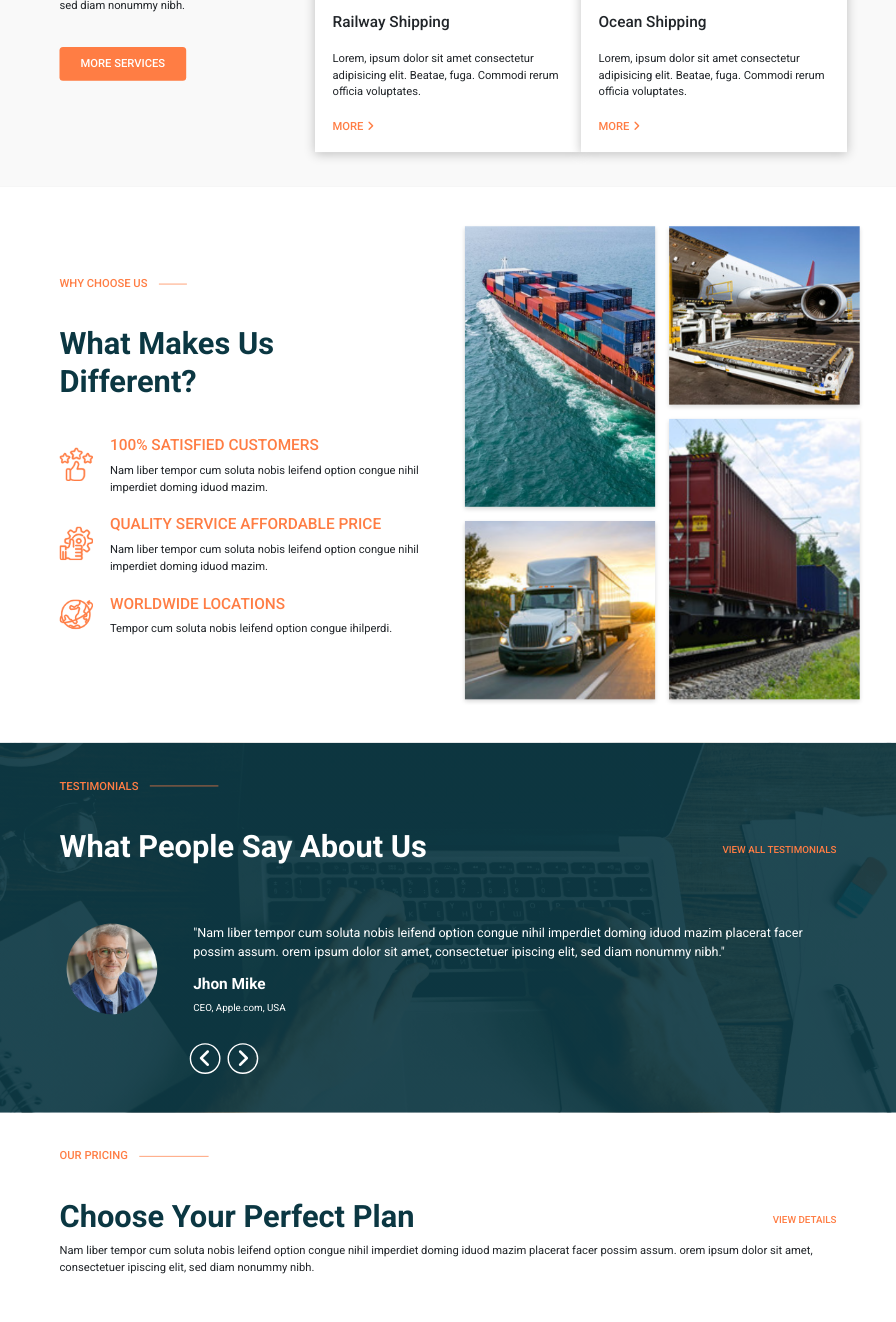
Repository: nazmulalok/shipping-theme
Page: index.html
These files come from the project's save history. The page is drawn as it stood at one moment and after the next save; the edit follows.
The browser window is 1280 px wide. The pictures show the part of the page from y = 2146 to 4066 px (the page is 4034 px tall before and 4066 px after), at 70% of full size.
Some web libraries are served in a nearby version.

Above is the page before, as saved 2022-10-09 14:58:32.

### index.html
<!DOCTYPE html>
<html lang="en">

    <head>
        <meta charset="UTF-8">
        <meta http-equiv="X-UA-Compatible" content="IE=edge">
        <meta name="viewport" content="width=device-width, initial-scale=1.0">
        <link rel="preconnect" href="https://fonts.googleapis.com">
        <link rel="preconnect" href="https://fonts.gstatic.com" crossorigin>
        <link
            href="https://fonts.googleapis.com/css2?family=Roboto:ital,wght@0,300;0,400;0,500;0,700;0,900;1,300;1,400;1,500;1,700;1,900&display=swap"
            rel="stylesheet">
        <link rel="stylesheet"
            href="https://cdnjs.cloudflare.com/ajax/libs/OwlCarousel2/2.3.4/assets/owl.carousel.min.css"
            integrity="sha512-tS3S5qG0BlhnQROyJXvNjeEM4UpMXHrQfTGmbQ1gKmelCxlSEBUaxhRBj/EFTzpbP4RVSrpEikbmdJobCvhE3g=="
            crossorigin="anonymous" referrerpolicy="no-referrer" />
        <link rel="stylesheet"
            href="https://cdnjs.cloudflare.com/ajax/libs/OwlCarousel2/2.3.4/assets/owl.theme.default.min.css"
            integrity="sha512-sMXtMNL1zRzolHYKEujM2AqCLUR9F2C4/05cdbxjjLSRvMQIciEPCQZo++nk7go3BtSuK9kfa/s+a4f4i5pLkw=="
            crossorigin="anonymous" referrerpolicy="no-referrer" />
        <link rel="stylesheet" href="https://cdnjs.cloudflare.com/ajax/libs/font-awesome/6.2.0/css/all.min.css"
            integrity="sha512-xh6O/CkQoPOWDdYTDqeRdPCVd1SpvCA9XXcUnZS2FmJNp1coAFzvtCN9BmamE+4aHK8yyUHUSCcJHgXloTyT2A=="
            crossorigin="anonymous" referrerpolicy="no-referrer" />
        <link rel="stylesheet" href="https://cdn.jsdelivr.net/npm/bootstrap@4.0.0/dist/css/bootstrap.min.css"
            integrity="sha384-Gn5384xqQ1aoWXA+058RXPxPg6fy4IWvTNh0E263XmFcJlSAwiGgFAW/dAiS6JXm" crossorigin="anonymous">
        <link rel="stylesheet" href="style.css">
        <title>Document</title>
    </head>

    <body>
        <header class="header-top">
            <div class="container">
                <div class="top-bar">
                    <p class="m-0">Dolor sit amet, consetetur sadipscing elitr sed diam</p>
                    <div>
                        <span class="mr-4">Shipment Tracker</span>
                        <span>Login</span>
                    </div>
                </div>
                <div class="header-area">
                    <div class="logo">
                        <img src="images/shipping-logo.svg" alt="Shipping Logo">
                    </div>
                    <nav>
                        <ul>
                            <li><a href="#">Home</a></li>
                            <li><a href="#">About Us</a></li>
                            <li><a href="#">Service</a></li>
                            <li><a href="#">Project</a></li>
                            <li><a href="#">Blog</a></li>
                            <li><a href="#">News & Events</a></li>
                            <li><a href="#">Contact Us</a></li>
                        </ul>
                    </nav>
                    <div class="nav-btn">
                        <a class="common-btn mr-3" href="#">Get A Quote</a>
                        <i class="fa-solid fa-ellipsis-vertical"></i>
                    </div>
                </div>
            </div>
        </header>
        <!-- Slider -->
        <section>
            <div class="main-slider">
                <div class="container">
                    <div class="slide-content">
                        <div class="slide-text">
                            <div class="slider-title mb-4">Lorem ips<br>
                                dolor sit ametcon<br>
                                sadips cing</div>
                            <p>Nam liber tempor cum soluta nobis eleifend option</p>
                            <div class="sliderBtn mt-5"><a class="common-btn mr-4" href="#">Get Started Now</a><a
                                    class="common-btn outline-btn" href="#">Learn More</a></div>
                        </div>
                    </div>
                </div>
            </div>
        </section>
        <!-- Slider Ends -->
        <div class="common-sec">
            <div class="container">
                <div class="row align-items-center mb-5">
                    <div class="col-lg-6">
                        <h1 class="border-heading">Duis Autem Vel Eumri
                            Ure Dolor In Hend</h1>
                    </div>
                    <div class="col-lg-6">
                        <p class="ms-4">Nam liber tempor cum soluta nobis eleifend option congue nihil imperdiet doming
                            id quod mazim
                            placerat facer possim assum. Lorem ipsum dolor sit amet, consectetuer adipiscing.</p>
                    </div>
                </div>
                <div class="row mt-5">
                    <div class="col-lg-6">
                        <div class="video-box img-box img-shadow">
                            <img src="images/ship-products.jpg" alt="Ship Products" />
                            <a data-fancybox="" href="" class="video-btn">
                                <i class="fa fa-play"></i>
                            </a>
                        </div>
                        <div class="exp-section">
                            <div class="exp-title ml-4">
                                25
                            </div>
                            <div class="exp-paragraph">
                                Years <br>Experience <br>In It
                            </div>
                            <img src="images/exp-bg.png" alt="Experience">
                        </div>
                    </div>
                    <div class="col-lg-6">
                        <span class="sp-title">About Us</span>
                        <h2 class="mb-5">Lorem Ipsum Dolo
                            Sit Amet Conse</h2>
                        <p class="mb-5">Lorem ipsum dolor sit amet, consetetur sadipscing elitr, sed diam nonumy eirmod
                            tempor
                            invidunt.</p>
                        <div class="boxes">
                            <div class="common-box">
                                <div class="content">
                                    <i class="fa-solid fa-bullseye mb-4"></i>
                                    <div class="box-title mb-4">
                                        Our Mission
                                    </div>
                                    <p class="mb-4">Lorem, ipsum dolor sit amet consectetur adipisicing elit. Beatae,
                                        fuga. Commodi
                                        rerum
                                        officia voluptates.</p>
                                    <a href="#" class="more-btn">More</a>
                                </div>
                            </div>
                            <div class="common-box">
                                <div class="content">
                                    <i class="fa-regular fa-eye mb-4"></i>
                                    <div class="box-title mb-4">
                                        Our Vision
                                    </div>
                                    <p class="mb-4">Lorem, ipsum dolor sit amet consectetur adipisicing elit. Beatae,
                                        fuga. Commodi
                                        rerum
                                        officia voluptates.</p>
                                    <a href="#" class="more-btn">More</a>
                                </div>
                            </div>
                        </div>
                    </div>
                </div>
            </div>
        </div>
        <div class="common-sec service-sec">
            <div class="container">
                <div class="row align-items-center">
                    <div class="col-lg-4">
                        <span class="sp-title">Services</span>
                        <h2 class="mb-5">Our Services</h2>
                        <p class="mb-5">Nam liber tempor cum soluta nobis leifend option congue nihil imperdiet doming
                            iduod mazim placerat facer possim assum. orem ipsum dolor sit amet, consectetuer ipiscing
                            elit, sed diam nonummy nibh.</p>
                        <a href="#" class="common-btn">More Services</a>
                    </div>
                    <div class="col-lg-8">
                        <div class="row">
                            <div class="col-lg-6 p-0">
                                <div class="common-box">
                                    <div class="content">
                                        <i class="fa-solid fa-truck-moving mb-4"></i>
                                        <div class="box-title mb-4">
                                            Truck Shipping
                                        </div>
                                        <p class="mb-4">Lorem ipsum dolor sit amet, consetetur sadipscing elitr, sed
                                            diam nonumy eirmod tempor invidunt.</p>
                                        <a href="#" class="more-btn">More</a>
                                    </div>
                                </div>
                            </div>
                            <div class="col-lg-6 p-0">
                                <div class="common-box">
                                    <div class="content">
                                        <i class="fa-solid fa-plane mb-4"></i>
                                        <div class="box-title mb-4">
                                            Air Shipping
                                        </div>
                                        <p class="mb-4">Lorem ipsum dolor sit amet, consetetur sadipscing elitr, sed
                                            diam nonumy eirmod tempor invidunt.</p>
                                        <a href="#" class="more-btn">More</a>
                                    </div>
                                </div>
                            </div>
                            <div class="col-lg-6 p-0">
                                <div class="common-box">
                                    <div class="content">
                                        <i class="fa-solid fa-train-subway mb-4"></i>
                                        <div class="box-title mb-4">
                                            Railway Shipping
                                        </div>
                                        <p class="mb-4">Lorem, ipsum dolor sit amet consectetur adipisicing elit.
                                            Beatae,
                                            fuga. Commodi
                                            rerum
                                            officia voluptates.</p>
                                        <a href="#" class="more-btn">More</a>
                                    </div>
                                </div>
                            </div>
                            <div class="col-lg-6 p-0">
                                <div class="common-box">
                                    <div class="content">
                                        <i class="fa-solid fa-ship mb-4"></i>
                                        <div class="box-title mb-4">
                                            Ocean Shipping
                                        </div>
                                        <p class="mb-4">Lorem, ipsum dolor sit amet consectetur adipisicing elit.
                                            Beatae,
                                            fuga. Commodi
                                            rerum
                                            officia voluptates.</p>
                                        <a href="#" class="more-btn">More</a>
                                    </div>
                                </div>
                            </div>
                        </div>
                    </div>
                </div>
            </div>
        </div>
        <div class="common-sec why-choose-sec">
            <div class="container">
                <div class="row align-items-center">
                    <div class="col-lg-6">
                        <span class="sp-title">Why Choose Us</span>
                        <h3 class="mb-5">What Makes Us <br>
                            Different?</h3>
                        <div class="why-choose-box">
                            <div class="common-box d-flex align-items-center mb-4">
                                <div class="img-box mr-4">
                                    <img src="images/satisfied-customers.png" alt="Satisfied Customers">
                                </div>
                                <div>
                                    <div class="box-title mb-2">
                                        100% Satisfied Customers
                                    </div>
                                    <p>Nam liber tempor cum soluta nobis leifend option congue nihil imperdiet
                                        doming iduod mazim.</p>
                                </div>
                            </div>
                            <div class="common-box d-flex align-items-center mb-4">
                                <div class="img-box mr-4">
                                    <img src="images/quality-services.png" alt="Quality Services">
                                </div>
                                <div>
                                    <div class="box-title mb-2">
                                        Quality Service Affordable Price
                                    </div>
                                    <p>Nam liber tempor cum soluta nobis leifend option congue nihil imperdiet
                                        doming iduod mazim.</p>
                                </div>
                            </div>
                            <div class="common-box d-flex align-items-center mb-4">
                                <div class="img-box mr-4">
                                    <img src="images/worldwide-locations.png" alt="Worldwide Locations">
                                </div>
                                <div>
                                    <div class="box-title mb-2">
                                        Worldwide Locations
                                    </div>
                                    <p>Tempor cum soluta nobis leifend option congue ihilperdi.</p>
                                </div>
                            </div>
                        </div>
                    </div>
                    <div class="col-lg-6">
                        <div class="img-box">
                            <img src="images/why-choose-shipping.png" alt="Why Choose Shipping">
                        </div>
                    </div>
                </div>
            </div>
        </div>
        <div class="py-50 testimonial-sec">
            <div class="container">
                <span class="sp-title">Testimonials</span>
                <div class="flex-heading d-flex justify-content-between">
                    <h3>What People Say About Us</h3>
                    <span class="sp-title no-border">View All Testimonials</span>
                </div>
                <div class="testimonial-slider owl-carousel owl-theme mt-5">
                    <div class="item">
                        <div class="common-box d-flex align-items-center">
                            <div class="img-box mr-3">
                                <img src="images/testimonial-user.png" alt="User">
                            </div>
                            <div class="content">
                                <p>"Nam liber tempor cum soluta nobis leifend option congue nihil imperdiet doming iduod
                                    mazim placerat facer possim assum. orem ipsum dolor sit amet, consectetuer ipiscing
                                    elit, sed diam nonummy nibh."</p>
                                <div class="user-details">
                                    <p class="mb-2">Jhon Mike</p>
                                    <p>CEO, Apple.com, USA</p>
                                </div>
                            </div>
                        </div>
                    </div>
                    <div class="item">
                        <div class="common-box d-flex align-items-center">
                            <div class="img-box mr-3">
                                <img src="images/testimonial-user.png" alt="User">
                            </div>
                            <div class="content">
                                <p>"Nam liber tempor cum soluta nobis leifend option congue nihil imperdiet doming iduod
                                    mazim placerat facer possim assum. orem ipsum dolor sit amet, consectetuer ipiscing
                                    elit, sed diam nonummy nibh."</p>
                                <div class="user-details">
                                    <p class="mb-2">Jhon Mike</p>
                                    <p>CEO, Apple.com, USA</p>
                                </div>
                            </div>
                        </div>
                    </div>
                    <div class="item">
                        <div class="common-box d-flex align-items-center">
                            <div class="img-box mr-3">
                                <img src="images/testimonial-user.png" alt="User">
                            </div>
                            <div class="content">
                                <p>"Nam liber tempor cum soluta nobis leifend option congue nihil imperdiet doming iduod
                                    mazim placerat facer possim assum. orem ipsum dolor sit amet, consectetuer ipiscing
                                    elit, sed diam nonummy nibh."</p>
                                <div class="user-details">
                                    <p class="mb-2">Jhon Mike</p>
                                    <p>CEO, Apple.com, USA</p>
                                </div>
                            </div>
                        </div>
                    </div>
                </div>
            </div>
        </div>
        <div class="common-sec pricing-sec">
            <div class="container">
                <span class="sp-title">Our Pricing</span>
                <div class="flex-heading d-flex justify-content-between">
                    <h3>Choose Your Perfect Plan</h3>
                    <span class="sp-title no-border">View Details</span>
                </div>
                <p>Nam liber tempor cum soluta nobis leifend option congue nihil imperdiet doming iduod mazim placerat
                    facer possim assum. orem ipsum dolor sit amet, consectetuer ipiscing elit, sed diam nonummy nibh.
                </p>
            </div>
        </div>














        <script src="https://code.jquery.com/jquery-3.2.1.slim.min.js"
            integrity="sha384-KJ3o2DKtIkvYIK3UENzmM7KCkRr/rE9/Qpg6aAZGJwFDMVNA/GpGFF93hXpG5KkN"
            crossorigin="anonymous"></script>
        <script src="https://cdn.jsdelivr.net/npm/popper.js@1.12.9/dist/umd/popper.min.js"
            integrity="sha384-ApNbgh9B+Y1QKtv3Rn7W3mgPxhU9K/ScQsAP7hUibX39j7fakFPskvXusvfa0b4Q"
            crossorigin="anonymous"></script>
        <script src="https://cdn.jsdelivr.net/npm/bootstrap@4.0.0/dist/js/bootstrap.min.js"
            integrity="sha384-JZR6Spejh4U02d8jOt6vLEHfe/JQGiRRSQQxSfFWpi1MquVdAyjUar5+76PVCmYl"
            crossorigin="anonymous"></script>
        <script src="https://cdnjs.cloudflare.com/ajax/libs/jquery/3.6.1/jquery.min.js"
            integrity="sha512-aVKKRRi/Q/YV+4mjoKBsE4x3H+BkegoM/em46NNlCqNTmUYADjBbeNefNxYV7giUp0VxICtqdrbqU7iVaeZNXA=="
            crossorigin="anonymous" referrerpolicy="no-referrer"></script>
        <script src="https://cdnjs.cloudflare.com/ajax/libs/OwlCarousel2/2.3.4/owl.carousel.min.js"
            integrity="sha512-bPs7Ae6pVvhOSiIcyUClR7/q2OAsRiovw4vAkX+zJbw3ShAeeqezq50RIIcIURq7Oa20rW2n2q+fyXBNcU9lrw=="
            crossorigin="anonymous" referrerpolicy="no-referrer"></script>
        <script src="script.js"></script>
    </body>

</html>

Loaded but not shown: script.js (21 lines, source omitted); style.css (583 lines, source omitted)

After the next save:
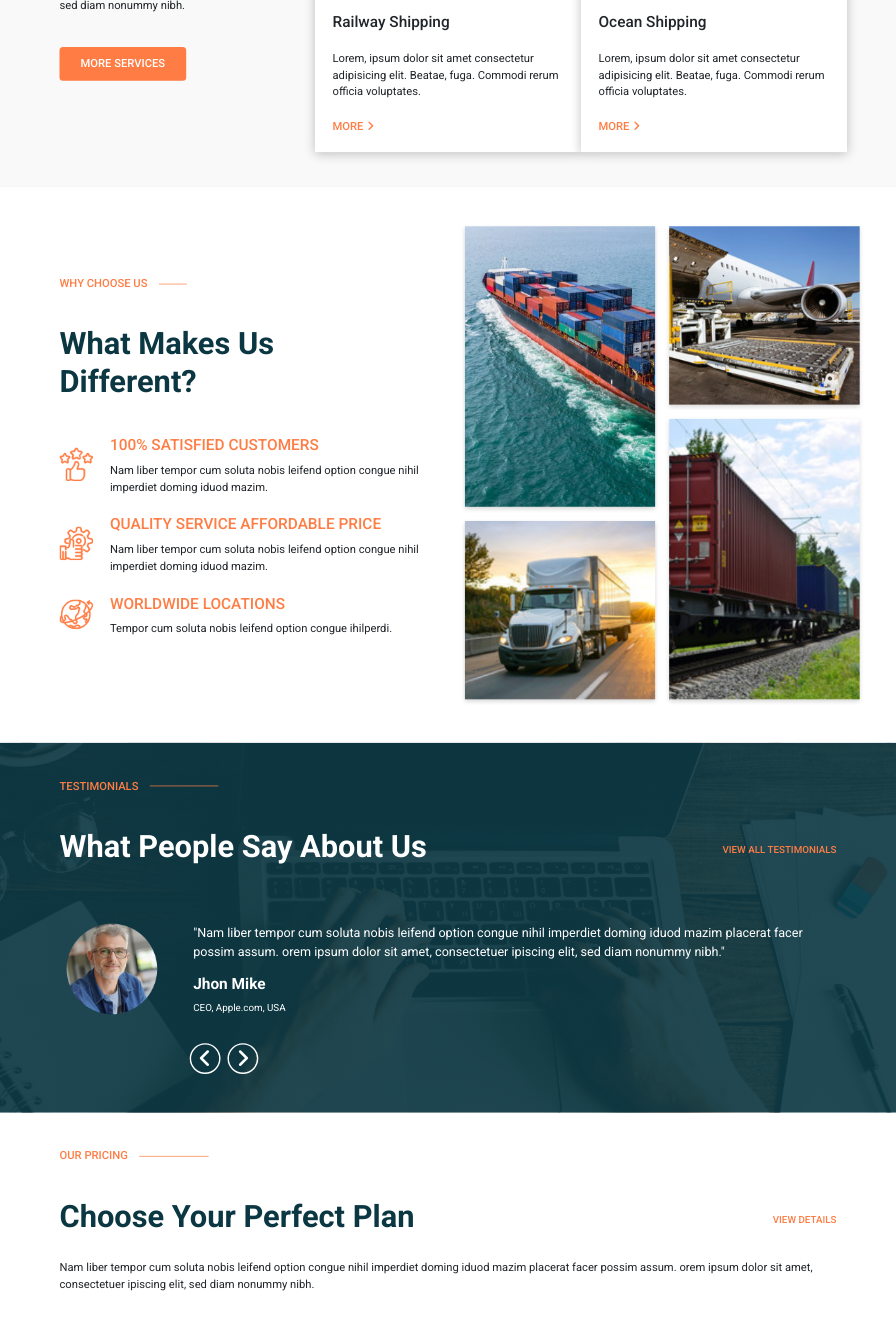
Saved 116 s later.
--- a/index.html
+++ b/index.html
@@ -338,11 +338,12 @@
         <div class="common-sec pricing-sec">
             <div class="container">
                 <span class="sp-title">Our Pricing</span>
-                <div class="flex-heading d-flex justify-content-between">
+                <div class="flex-heading d-flex justify-content-between mb-4">
                     <h3>Choose Your Perfect Plan</h3>
                     <span class="sp-title no-border">View Details</span>
                 </div>
-                <p>Nam liber tempor cum soluta nobis leifend option congue nihil imperdiet doming iduod mazim placerat
+                <p class="mb-4">Nam liber tempor cum soluta nobis leifend option congue nihil imperdiet doming iduod
+                    mazim placerat
                     facer possim assum. orem ipsum dolor sit amet, consectetuer ipiscing elit, sed diam nonummy nibh.
                 </p>
             </div>
